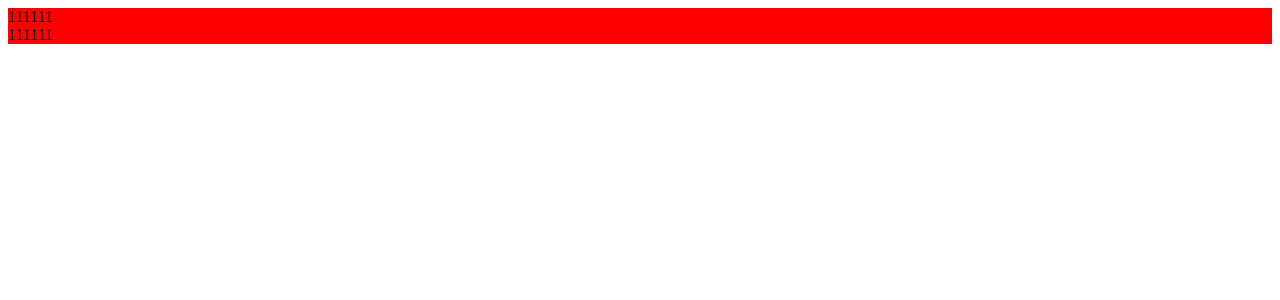
Repository: xiemin2161/mytest
Page: 01-指令.html
The author's editor kept a copy of each file at every save. The page is drawn from the files as they stood at one save, then again after the next save.
The browser window is 1280 px wide. The pictures show the whole page.

Above is the page before, as saved 2023-02-02 15:02:32.

After the next save:
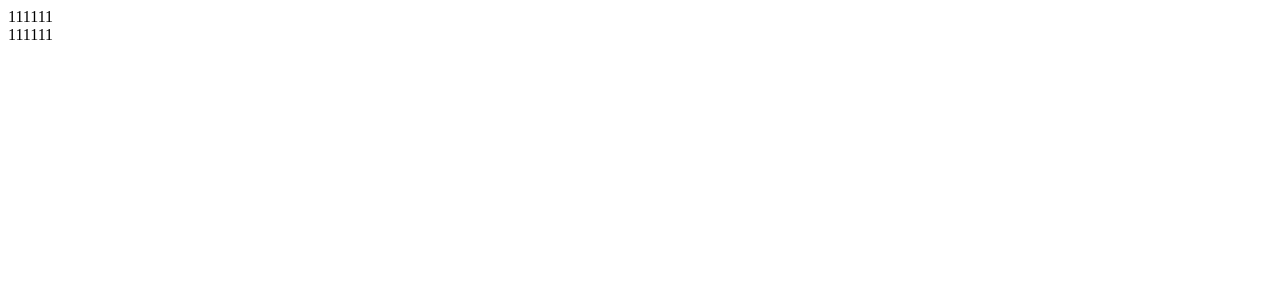
Saved 59 s later.
--- a/01-指令.html
+++ b/01-指令.html
@@ -23,7 +23,7 @@
           //指令-声明周期
           //插入
           // console.log("当前节点插入到父节点中了");
-          console.log(el);
+          console.log(el, bind);
           el.style.background = "red";
         },
       });

After the save that followed:
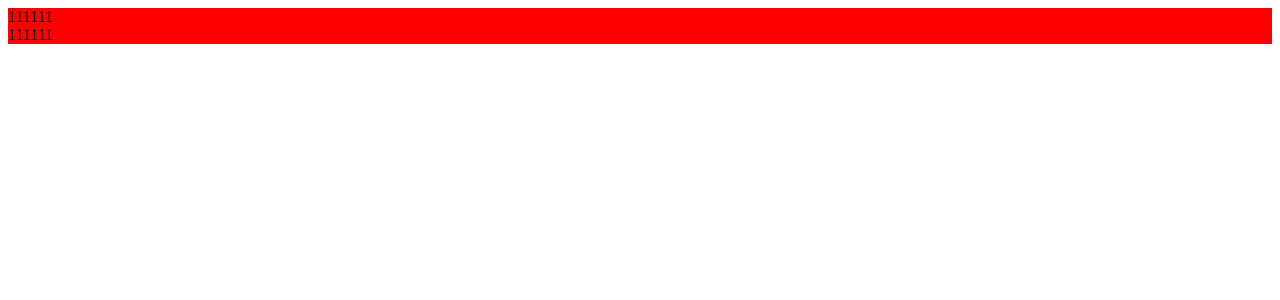
Saved 5 s later.
--- a/01-指令.html
+++ b/01-指令.html
@@ -19,7 +19,7 @@
       // v-if="isShow" v-for v-model v....
       // v-kerwin v-swipe  操作底层dom
       Vue.directive("hello", {
-        inserted(el) {
+        inserted(el, bind) {
           //指令-声明周期
           //插入
           // console.log("当前节点插入到父节点中了");
